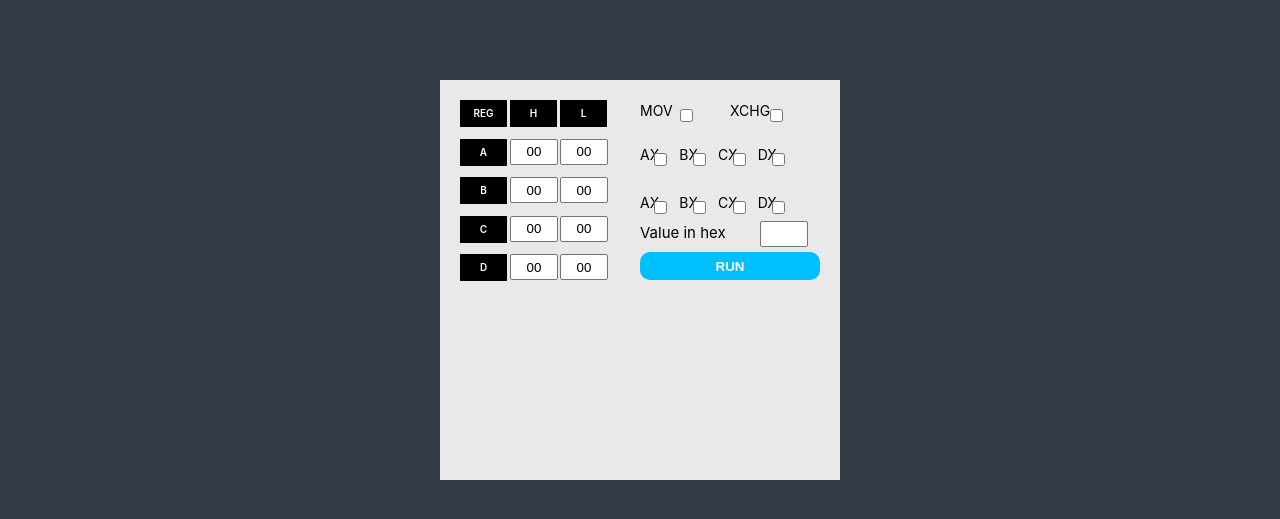
Repository: piookr-wsei/8086
Page: /
These files come from the project's save history. The page is drawn as it stood at one moment and after the next save; the edit follows.
The browser window is 1280 px wide. The pictures show the whole page.
The project was rebuilt for these pictures with package versions that can differ from the ones it lists, and the page was loaded fresh each time.

Above is the page before, as saved 2022-06-19 00:01:56.

After the next save:
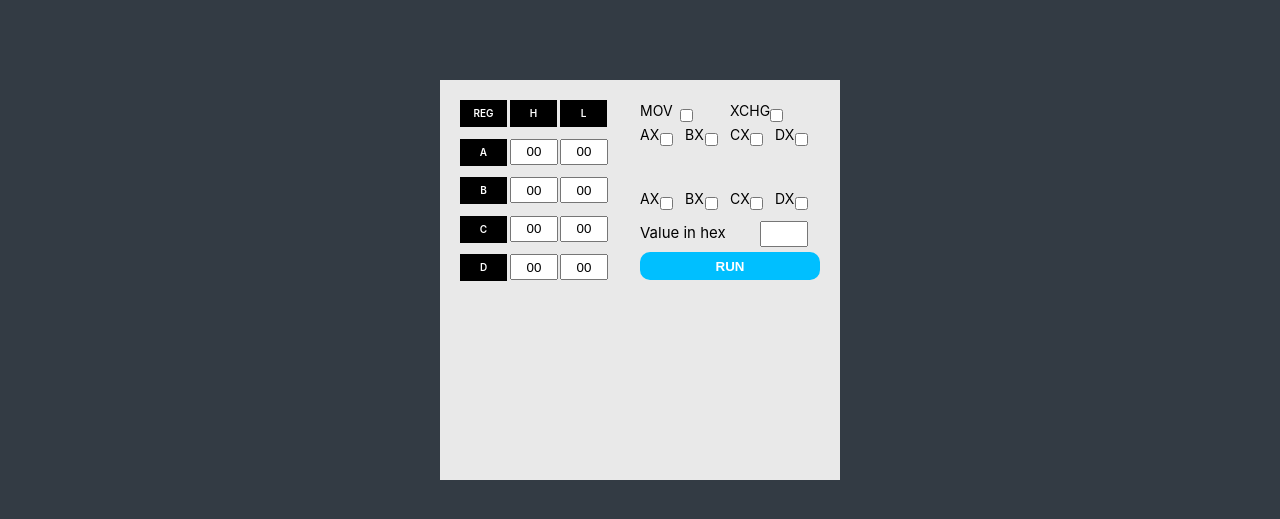
Saved 30 s later.
--- a/src/App.js
+++ b/src/App.js
@@ -135,7 +135,7 @@ const [regValues,setRegValues] = useState(["00","00","00","00","00","00","00","0
 
               <OpChange/>
 
-              <LineWrap>
+              <RegChWrapper>
                 <CheckWrapper>
                   AX<OpBox type="checkbox" checked={checkedBoxes[0]} onChange={() => HandleCheck(0)}/>
                 </CheckWrapper>
@@ -148,8 +148,8 @@ const [regValues,setRegValues] = useState(["00","00","00","00","00","00","00","0
                 <CheckWrapper>
                   DX<OpBox type="checkbox" checked={checkedBoxes[3]} onChange={() => HandleCheck(3)}/>
                 </CheckWrapper>
-                </LineWrap>
-                <LineWrap>
+                </RegChWrapper>
+                <RegChWrapper>
                 <CheckWrapper>
                   AX<OpBox type="checkbox" checked={checkedBoxes[4]} onChange={() => HandleCheck(4)}/>
                 </CheckWrapper>
@@ -162,7 +162,7 @@ const [regValues,setRegValues] = useState(["00","00","00","00","00","00","00","0
                 <CheckWrapper>
                   DX<OpBox type="checkbox" checked={checkedBoxes[7]} onChange={() => HandleCheck(7)}/>
                 </CheckWrapper>
-                </LineWrap>
+              </RegChWrapper>
 
               <LineWrap>
               <NumDesc textContent={"Value in hex"}/>  <RegInput type="text" id="field-1" className="field" name="topText" onChange={handleChange}  maxLength={2} style={{width:"40px"}}  value={text.topText}/>
